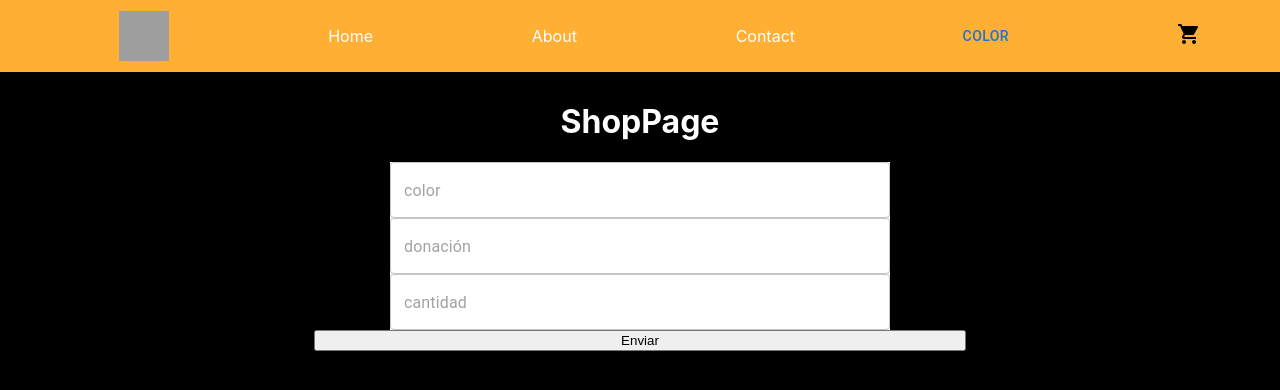
Repository: Toydrum/React-Hector-Coronado-EntregaFinal
Page: /shop
An editor plug-in stored every save of this project. The page is shown before and after the next save, followed by the edit.
The browser window is 1280 px wide. The pictures show the whole page.
Pictures or frames that could not be fetched are drawn as grey boxes. The project was rebuilt for these pictures with package versions that can differ from the ones it lists, and the page was loaded fresh each time. Also part of the build but not shown: vite.config.js, src/components/CardUser/CardUser.jsx, src/components/CardList/CardList.css, src/firebase/firebaseConfig.js, src/components/CardList/CardList.jsx, src/pages/HomePage/HomePage.jsx, src/pages/ContactPage/ContactPage.jsx, src/pages/AboutPage/AboutPage.jsx and 1 more.

Above is the page before, as saved 2023-07-16 18:35:26.

After the next save:
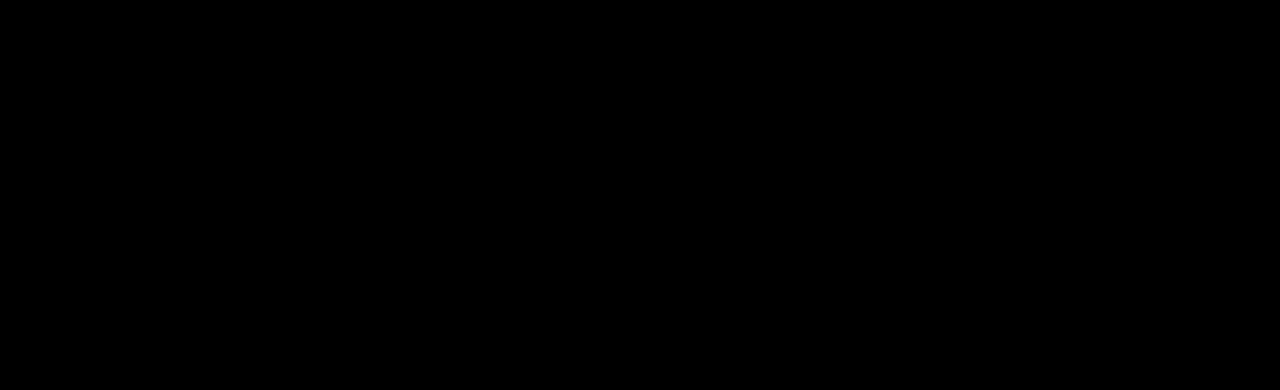
Console error: ReferenceError: value is not defined
Saved 2 min 57 s later.
--- a/src/pages/ShopPage/ShopPage.jsx
+++ b/src/pages/ShopPage/ShopPage.jsx
@@ -4,8 +4,8 @@
 
 const initialState = {
   color: "",
-  donacion: Number,
-  cantidad: Number,
+  donacion: "",
+  cantidad: "",
 };
 
 const ShopPage = () => {
@@ -20,6 +20,11 @@
     e.preventDefault();
     console.log(values);
   };
+
+  setValues({
+    ...values,
+    [name]: name === "cantidad" && value !== "" ? parseInt(value) : value,
+  });
 
   return (
     <>

After the save that followed:
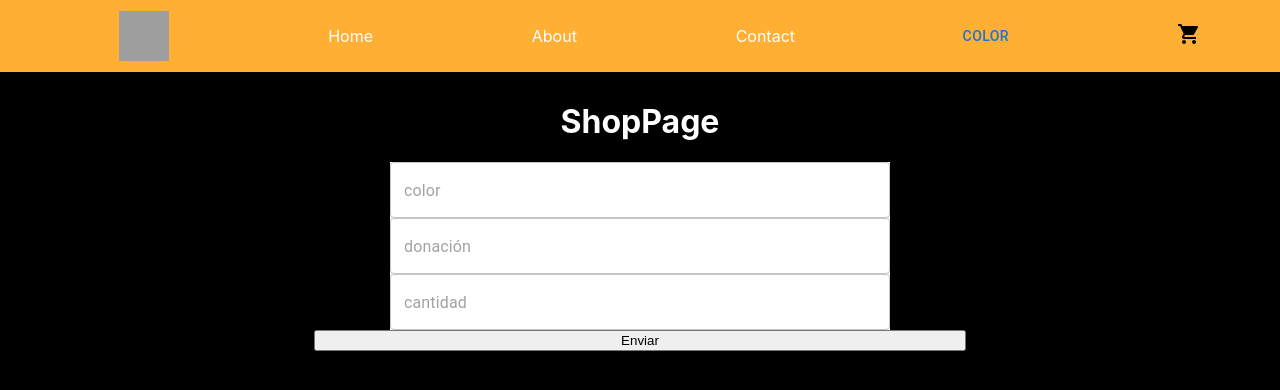
The error is gone.
Saved 81 s later.
--- a/src/pages/ShopPage/ShopPage.jsx
+++ b/src/pages/ShopPage/ShopPage.jsx
@@ -14,17 +14,16 @@
   const handleOnChange = (e) => {
     const { value, name } = e.target;
     setValues({ ...values, [name]: value });
+    setValues({
+      ...values,
+      [name]: name === "cantidad" && value !== "" ? parseInt(value) : value,
+    });
   };
 
   const onSubmit = (e) => {
     e.preventDefault();
     console.log(values);
   };
-
-  setValues({
-    ...values,
-    [name]: name === "cantidad" && value !== "" ? parseInt(value) : value,
-  });
 
   return (
     <>
